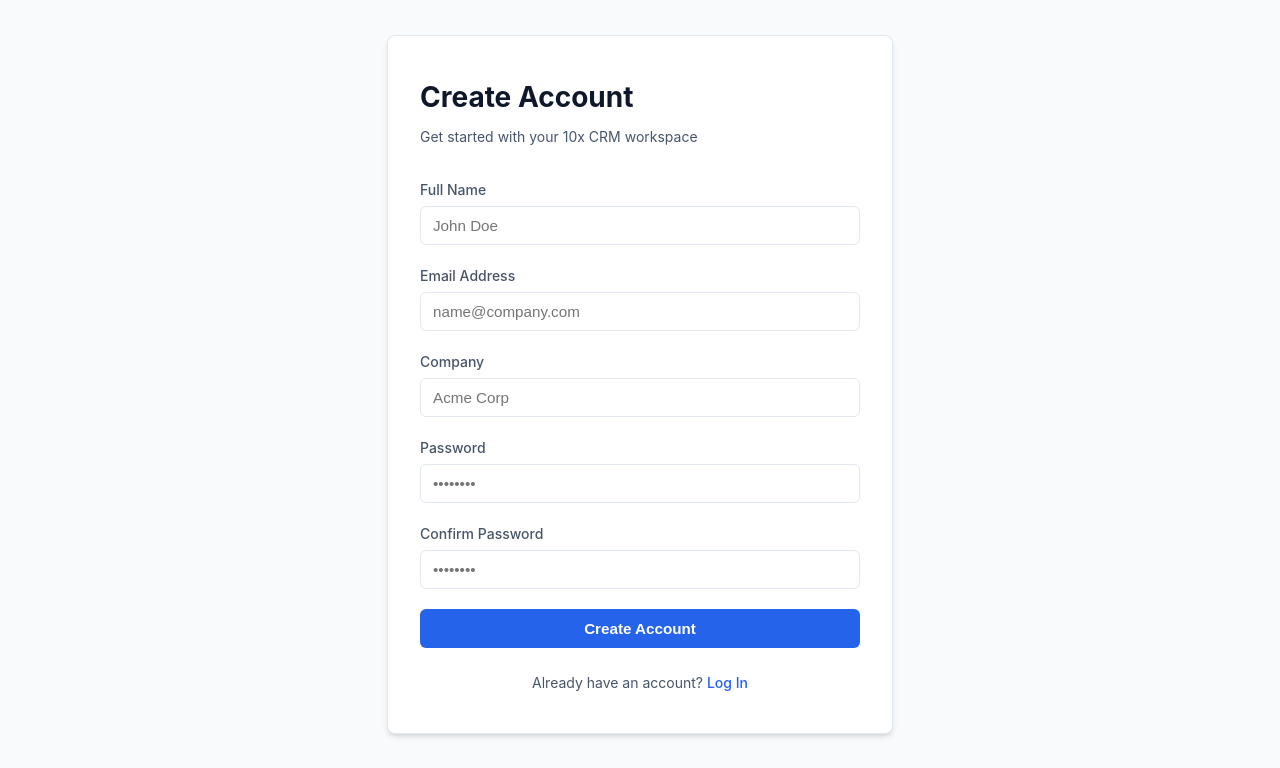
Repository: lasha-10x/2026-JS-Exam
Page: კოკი მარგალიტაძე/signup.html
The author's editor kept a copy of each file at every save. The page is drawn from the files as they stood at one save, then again after a run of saves.
The browser window is 1280 px wide. The pictures show the whole page.

Above is the page before, as saved 2026-07-22 02:59:06.

After the next 2 saves:
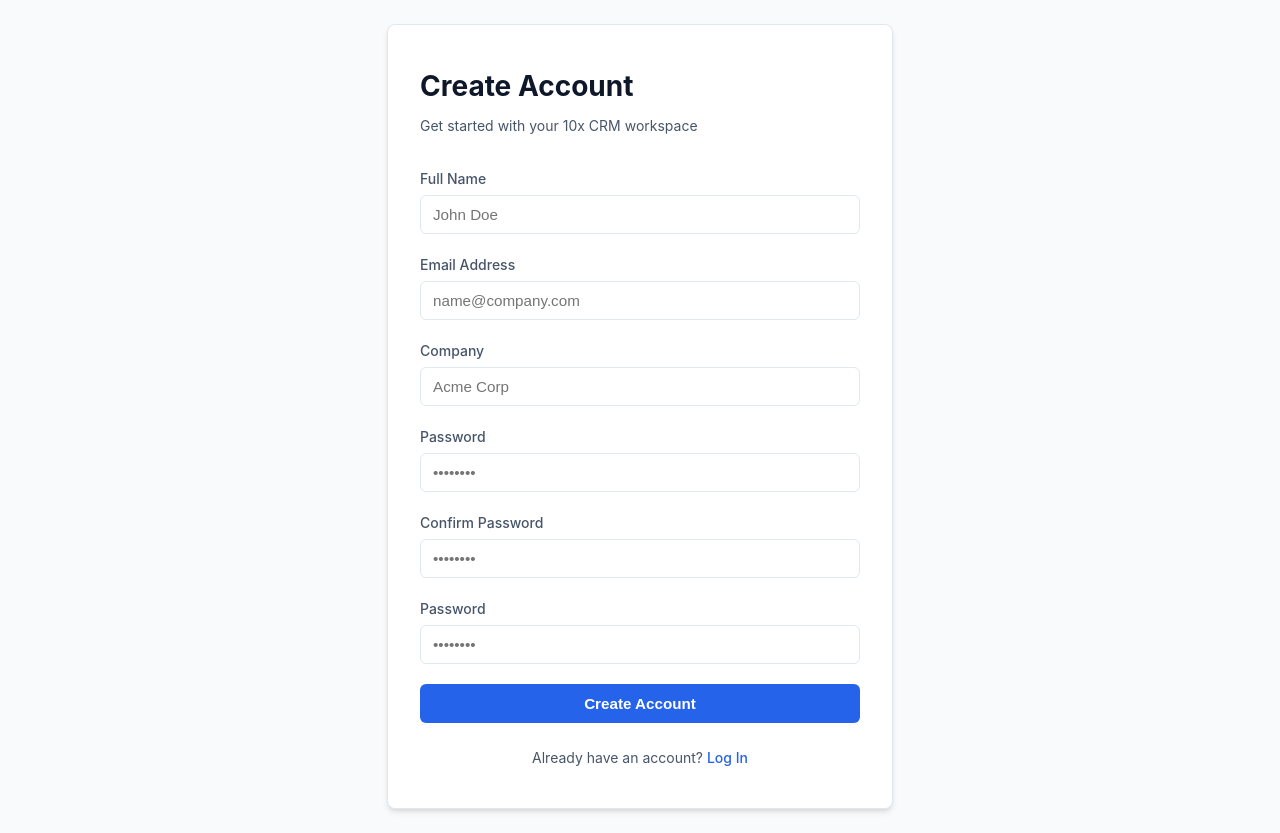
The 2 saves are shown as one change because they came seconds apart.
The last was saved 22 s later.
--- a/კოკი მარგალიტაძე/signup.html
+++ b/კოკი მარგალიტაძე/signup.html
@@ -50,6 +50,13 @@
                     <input type="password" id="signup-confirm-password" class="form-control" placeholder="••••••••" required>
                 </div>
 
+
+                <div class="form-group">
+                    <label for="signup-password">Password</label>
+                    <input type="password" id="signup-password" class="form-control" placeholder="••••••••" required>
+                </div>
+
+
                 <button type="submit" class="btn btn-primary">Create Account</button>
             </form>
 

After the save that followed:
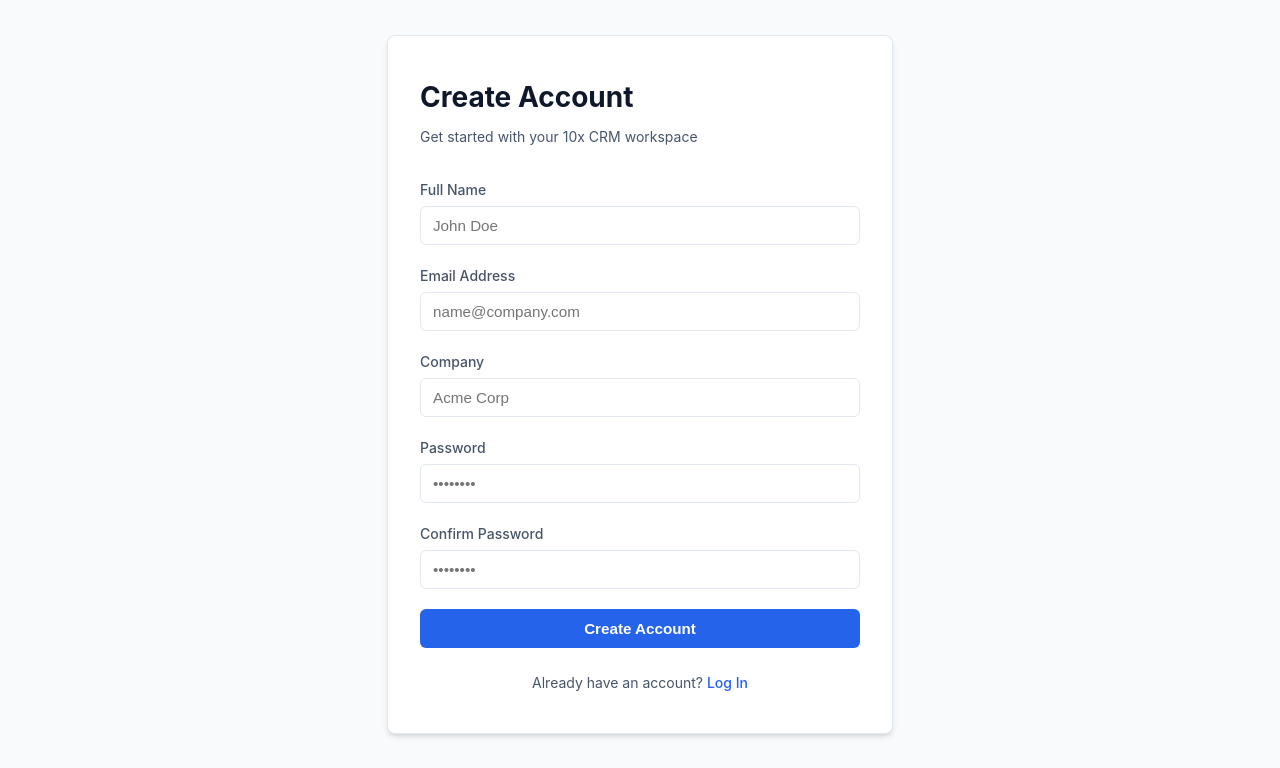
Saved 106 s later.
--- a/კოკი მარგალიტაძე/signup.html
+++ b/კოკი მარგალიტაძე/signup.html
@@ -51,12 +51,6 @@
                 </div>
 
 
-                <div class="form-group">
-                    <label for="signup-password">Password</label>
-                    <input type="password" id="signup-password" class="form-control" placeholder="••••••••" required>
-                </div>
-
-
                 <button type="submit" class="btn btn-primary">Create Account</button>
             </form>
 
